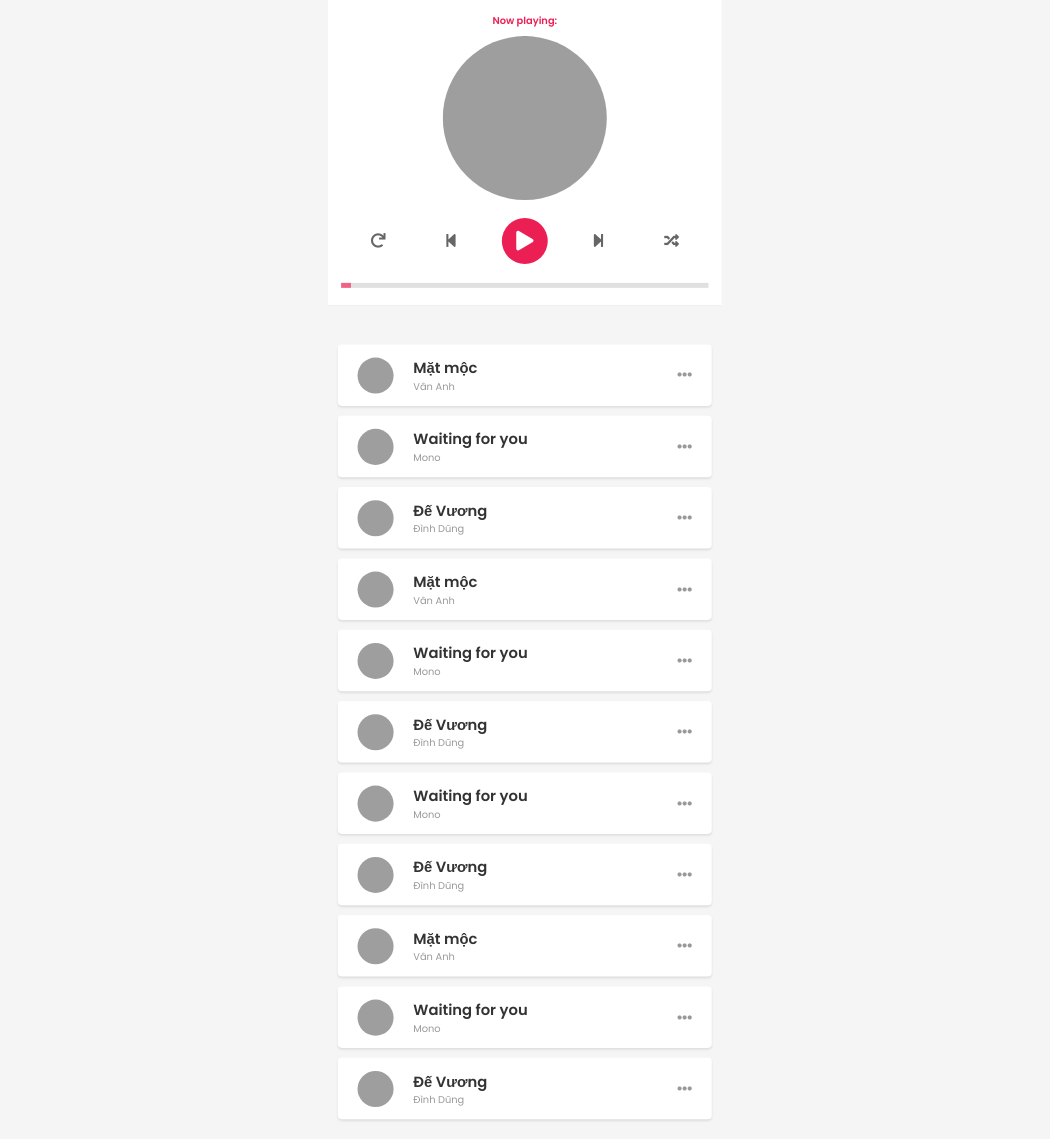
Repository: Tbs-Giang-Luong/app_music_ver1
Page: index.html
These files come from the project's save history. The page is drawn as it stood at one moment and after the next save; the edit follows.
The browser window is 1280 px wide. The pictures show the whole page, at 82% of full size.
Pictures or frames that could not be fetched are drawn as grey boxes.

Above is the page before, as saved 2022-10-20 16:09:25.

### index.html
<!DOCTYPE html>
<html lang="en">
  <head>
    <meta charset="UTF-8" />
    <meta http-equiv="X-UA-Compatible" content="IE=edge" />
    <meta name="viewport" content="width=device-width, initial-scale=1.0" />
    <title>Document</title>
    <link rel="stylesheet" href="./asset/css/main.css" />
  </head>
  <body>
    <meta name="viewport" content="width=device-width, initial-scale=1.0" />
    <title>Music player</title>
    <link
      rel="stylesheet"
      href="https://cdnjs.cloudflare.com/ajax/libs/font-awesome/5.15.2/css/all.min.css"
      integrity="sha512-HK5fgLBL+xu6dm/Ii3z4xhlSUyZgTT9tuc/hSrtw6uzJOvgRr2a9jyxxT1ely+B+xFAmJKVSTbpM/CuL7qxO8w=="
      crossorigin="anonymous"
    />
    <link rel="preconnect" href="https://fonts.gstatic.com" />
    <link
      href="https://fonts.googleapis.com/css2?family=Poppins:wght@300;400;600&display=swap"
      rel="stylesheet"
    />

    <div class="player">
      <!-- Dashboard -->
      <div class="dashboard">
        <!-- Header -->
        <header>
          <h4>Now playing:</h4>
          <h2>String 57th & 9th</h2>
        </header>

        <!-- CD -->
        <div class="cd">
          <div
            class="cd-thumb"
            style="
              background-image: url('https://i.ytimg.com/vi/jTLhQf5KJSc/maxresdefault.jpg');
            "
          ></div>
        </div>

        <!-- Control -->
        <div class="control">
          <div class="btn btn-repeat">
            <i class="fas fa-redo"></i>
          </div>
          <div class="btn btn-prev">
            <i class="fas fa-step-backward"></i>
          </div>
          <div class="btn btn-toggle-play ">
            <i class="fas fa-pause icon-pause"></i>
            <i class="fas fa-play icon-play"></i>
          </div>
          <div class="btn btn-next">
            <i class="fas fa-step-forward"></i>
          </div>
          <div class="btn btn-random">
            <i class="fas fa-random"></i>
          </div>
        </div>

        <input
          id="progress"
          class="progress"
          type="range"
          value="0"
          step="1"
          min="0"
          max="100"
        />

        <audio id="audio" src=""></audio>
      </div>

      <!-- Playlist -->
      <div class="playlist">

      </div>
    </div>

    <!-- Design from: https://static.collectui.com/shots/3671744/musicloud-revolutionary-app-for-music-streaming-large -->
    <script src="main.js"></script>
  </body>
</html>

### asset/css/main.css
:root {
  --primary-color: #ec1f55;
  --text-color: #333;
}

* {
  padding: 0;
  margin: 0;
  box-sizing: inherit;
}

body {
  background-color: #f5f5f5;
}

html {
  box-sizing: border-box;
  font-family: "Poppins", sans-serif;
}

.player {
  position: relative;
  max-width: 480px;
  margin: 0 auto;
}

.player .icon-pause {
  display: none;
}

.player.playing .icon-pause {
  display: inline-block;
}

.player.playing .icon-play {
  display: none;
}

.dashboard {
  padding: 16px 16px 14px;
  background-color: #fff;
  position: fixed;
  top: 0;
  width: 100%;
  max-width: 480px;
  border-bottom: 1px solid #ebebeb;
}

/* HEADER */
header {
  text-align: center;
  margin-bottom: 10px;
}

header h4 {
  color: var(--primary-color);
  font-size: 12px;
}

header h2 {
  color: var(--text-color);
  font-size: 20px;
}

/* CD */
.cd {
  display: flex;
  margin: auto;
  width: 200px;
}

.cd-thumb {
  width: 100%;
  padding-top: 100%;
  border-radius: 50%;
  background-color: #333;
  background-size: cover;
  margin: auto;
}

/* CONTROL */
.control {
  display: flex;
  align-items: center;
  justify-content: space-around;
  padding: 18px 0 8px 0;
}

.control .btn {
  color: #666;
  padding: 18px;
  font-size: 18px;
}

.control .btn.active {
  color: var(--primary-color);
}

.control .btn-toggle-play {
  width: 56px;
  height: 56px;
  border-radius: 50%;
  font-size: 24px;
  color: #fff;
  display: flex;
  align-items: center;
  justify-content: center;
  background-color: var(--primary-color);
}

.progress {
  width: 100%;
  -webkit-appearance: none;
  height: 6px;
  background: #d3d3d3;
  outline: none;
  opacity: 0.7;
  -webkit-transition: 0.2s;
  transition: opacity 0.2s;
}

.progress::-webkit-slider-thumb {
  -webkit-appearance: none;
  appearance: none;
  width: 12px;
  height: 6px;
  background-color: var(--primary-color);
  cursor: pointer;
}

/* PLAYLIST */
.playlist {
  margin-top: 408px;
  padding: 12px;
}

.song {
  display: flex;
  align-items: center;
  margin-bottom: 12px;
  background-color: #fff;
  padding: 8px 16px;
  border-radius: 5px;
  box-shadow: 0 2px 3px rgba(0, 0, 0, 0.1);
}

.song.active {
  background-color: var(--primary-color);
}

.song:active {
  opacity: 0.8;
}

.song.active .option,
.song.active .author,
.song.active .title {
  color: #fff;
}

.song .thumb {
  width: 44px;
  height: 44px;
  border-radius: 50%;
  background-size: cover;
  margin: 0 8px;
}

.song .body {
  flex: 1;
  padding: 0 16px;
}

.song .title {
  font-size: 18px;
  color: var(--text-color);
}

.song .author {
  font-size: 12px;
  color: #999;
}

.song .option {
  padding: 16px 8px;
  color: #999;
  font-size: 18px;
}

### main.js
// App music

const $ = document.querySelector.bind(document);
const $$ = document.querySelectorAll.bind(document);

const player = $('.player');
const playlist = $(".playlist");
const cd = $(".cd");
const heading = $("header h2");
const cdThumb = $(".cd-thumb");
const audio = $("#audio");
const playBtn =$('.btn-toggle-play')


const app = {
  currentIndex: 0,
  songs: [
    {
      name: "Mặt mộc",
      singer: "Vân Anh",
      path: "https://playsetmusic.com/download/OIVH8LSktGZR",
      image: "./asset/img/Mat moc.png",
    },
    {
      name: "Waiting for you",
      singer: "Mono",
      path: "https://playsetmusic.com/download/R8MQzb3Z8Gyd",
      image: "./asset/img/wating for you.jpg",
    },
    {
      name: "Đế Vương",
      singer: "Đình Dũng",
      path: "https://playsetmusic.com/download/wO4cfN8f65Ng",
      image: "./asset/img/De vuong.jpg",
    },
    {
      name: "Mặt mộc",
      singer: "Vân Anh",
      path: "https://playsetmusic.com/download/OIVH8LSktGZR",
      image: "./asset/img/Mat moc.png",
    },
    {
      name: "Waiting for you",
      singer: "Mono",
      path: "https://playsetmusic.com/download/R8MQzb3Z8Gyd",
      image: "./asset/img/wating for you.jpg",
    },
    {
      name: "Đế Vương",
      singer: "Đình Dũng",
      path: "https://playsetmusic.com/download/wO4cfN8f65Ng",
      image: "./asset/img/De vuong.jpg",
    },
    {
      name: "Waiting for you",
      singer: "Mono",
      path: "https://playsetmusic.com/download/R8MQzb3Z8Gyd",
      image: "./asset/img/wating for you.jpg",
    },
    {
      name: "Đế Vương",
      singer: "Đình Dũng",
      path: "https://playsetmusic.com/download/wO4cfN8f65Ng",
      image: "./asset/img/De vuong.jpg",
    },
    {
      name: "Mặt mộc",
      singer: "Vân Anh",
      path: "https://playsetmusic.com/download/OIVH8LSktGZR",
      image: "./asset/img/Mat moc.png",
    },
    {
      name: "Waiting for you",
      singer: "Mono",
      path: "https://playsetmusic.com/download/R8MQzb3Z8Gyd",
      image: "./asset/img/wating for you.jpg",
    },
    {
      name: "Đế Vương",
      singer: "Đình Dũng",
      path: "https://playsetmusic.com/download/wO4cfN8f65Ng",
      image: "./asset/img/De vuong.jpg",
    },
  ],

  render: function () {
    const htmls = this.songs.map((song) => {
      return `
      <div class="song">
          <div class="thumb" style="background-image: url('${song.image}')">
          </div>
          <div class="body">
            <h3 class="title">${song.name}</h3>
            <p class="author">${song.singer}</p>
          </div>
          <div class="option">
            <i class="fas fa-ellipsis-h"></i>
          </div>
      </div>
      `;
    });
    playlist.innerHTML = htmls.join("");
  },

  defineProperties: function () {
    Object.defineProperty(this, "currentSong", {
      get: function () {
        return this.songs[this.currentIndex];
      },
    });
  },

  loadCurrentSong: function () {

    heading.textContent = heading.currentSong?.name;
    cdThumb.style.backgroundImage =`url${this.currentSong.image}`;
    audio.src = this.currentSong.path;
  },
    // Xử lý các sự kiện

  handleEvent: function () {
    const cdWidth = cd.offsetWidth;
    document.onscroll = function () {
      const scrollTop = window.scrollY || document.documentElement.scrollTop;
      const newCdWidth = cdWidth - scrollTop;
      cd.style.width = newCdWidth > 0 ? newCdWidth + "px" : 0;
      cd.style.opacity = newCdWidth / cdWidth;
    };

    // Xử lý khi ấn vào nút play
      playBtn.onclick = function () {
        audio.play()
        player.classList.add('playing');
      }
  },

  start: function () {
    // Định nghĩa các thuộc tính
    this.defineProperties();
    // Xử lý các sự kiện
    this.handleEvent();
    // Tải bài hát
    this.loadCurrentSong();
    // render ra giao diện UI
    this.render();
  },
};

app.start();

After the next save:
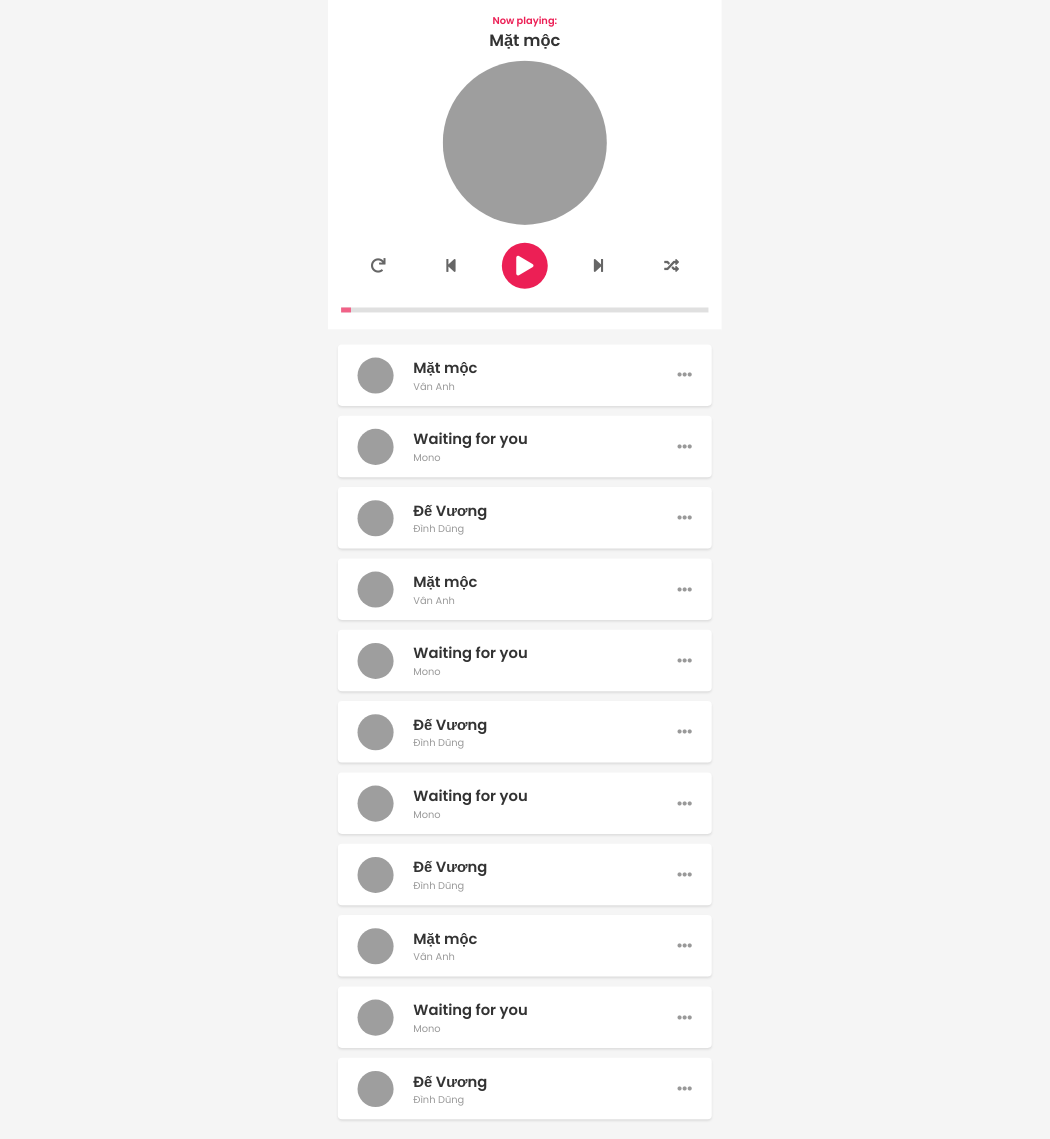
Saved 5 min 3 s later.
--- a/main.js
+++ b/main.js
@@ -111,10 +111,7 @@ const app = {
   },
 
   loadCurrentSong: function () {
-
-    heading.textContent = heading.currentSong?.name;
-    cdThumb.style.backgroundImage =`url${this.currentSong.image}`;
-    audio.src = this.currentSong.path;
+   heading.textContent = this.currentSong.name;
   },
     // Xử lý các sự kiện
 
